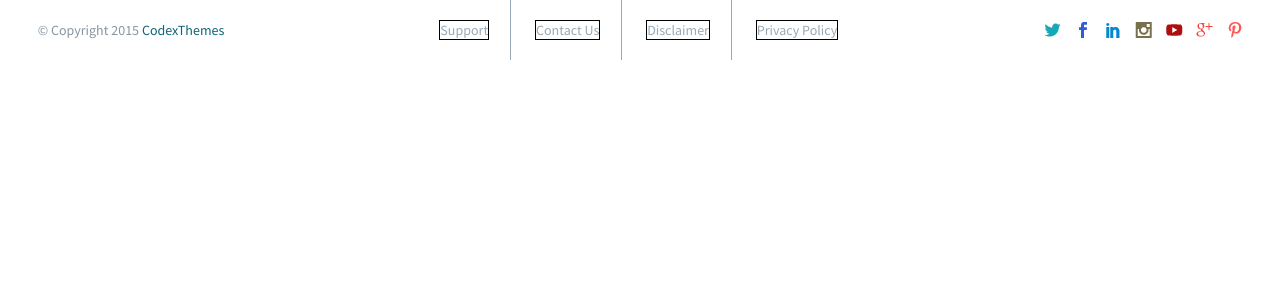
Repository: flylessbird/shop_cart
Page: html/footer.html
These files come from the project's save history. The page is drawn as it stood at one moment and after the next save; the edit follows.
The browser window is 1280 px wide. The pictures show the whole page.
The style sheet was rebuilt from its Sass, Less or Tailwind sources for each picture, by a compiler version that may differ from the author's.

Above is the page before, as saved 2022-05-10 15:40:48.

After the next save:
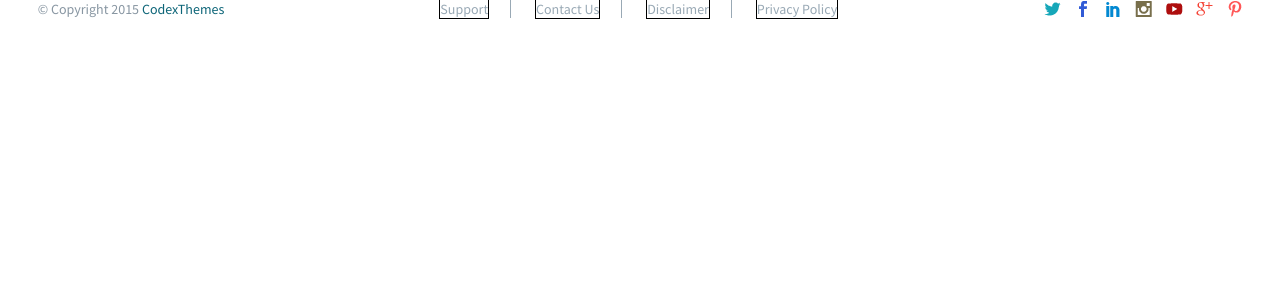
Saved 20 s later.
--- a/css/footer.scss
+++ b/css/footer.scss
@@ -17,7 +17,7 @@
   .ft_option {
     margin-left: 194px;
     li {
-      padding: 21px;
+      padding: 0 21px;
     //   border: 1px solid #000;
       list-style-type: none;
       display: inline-block;
